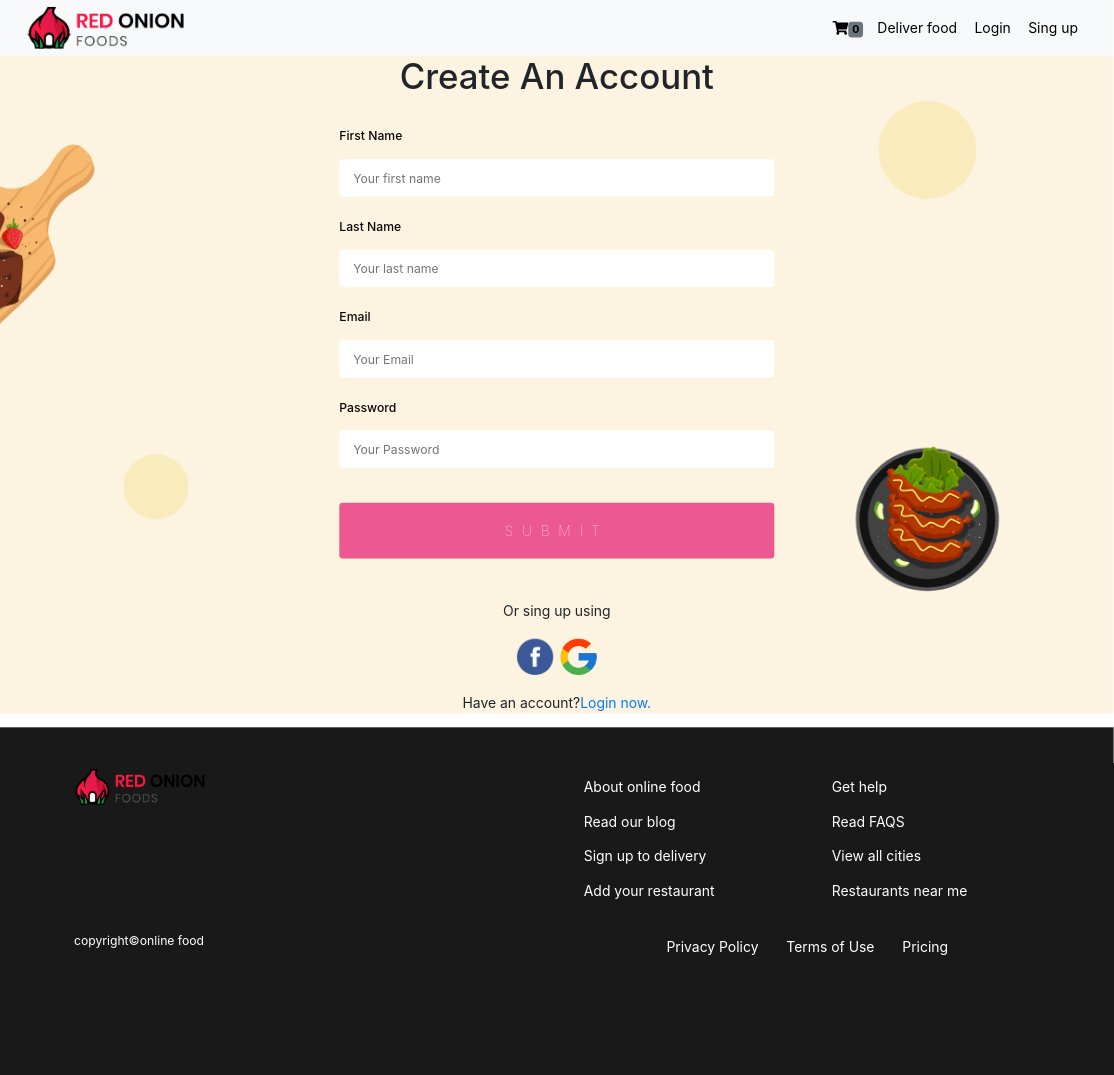
Repository: arif286/red-onion-client
Page: /signUp
An editor plug-in stored every save of this project. The page is shown before and after the next save, followed by the edit.
The browser window is 1280 px wide. The pictures show the whole page, at 87% of full size.
The project was rebuilt for these pictures with package versions that can differ from the ones it lists, and the page was loaded fresh each time. Also part of the build but not shown: src/App.css, src/components/Cart/Cart.css, src/components/Cart/Cart.js, src/components/SearchBar/SearchBar.css, src/components/SearchBar/SearchBar.js, src/components/FoodDetails/FoodDetail.css, src/components/FoodDetails/FoodDetail.js, src/components/DeliveryFood/DeliveryFood.js and 5 more.

Above is the page before, as saved 2021-03-30 16:17:59.

After the next save:
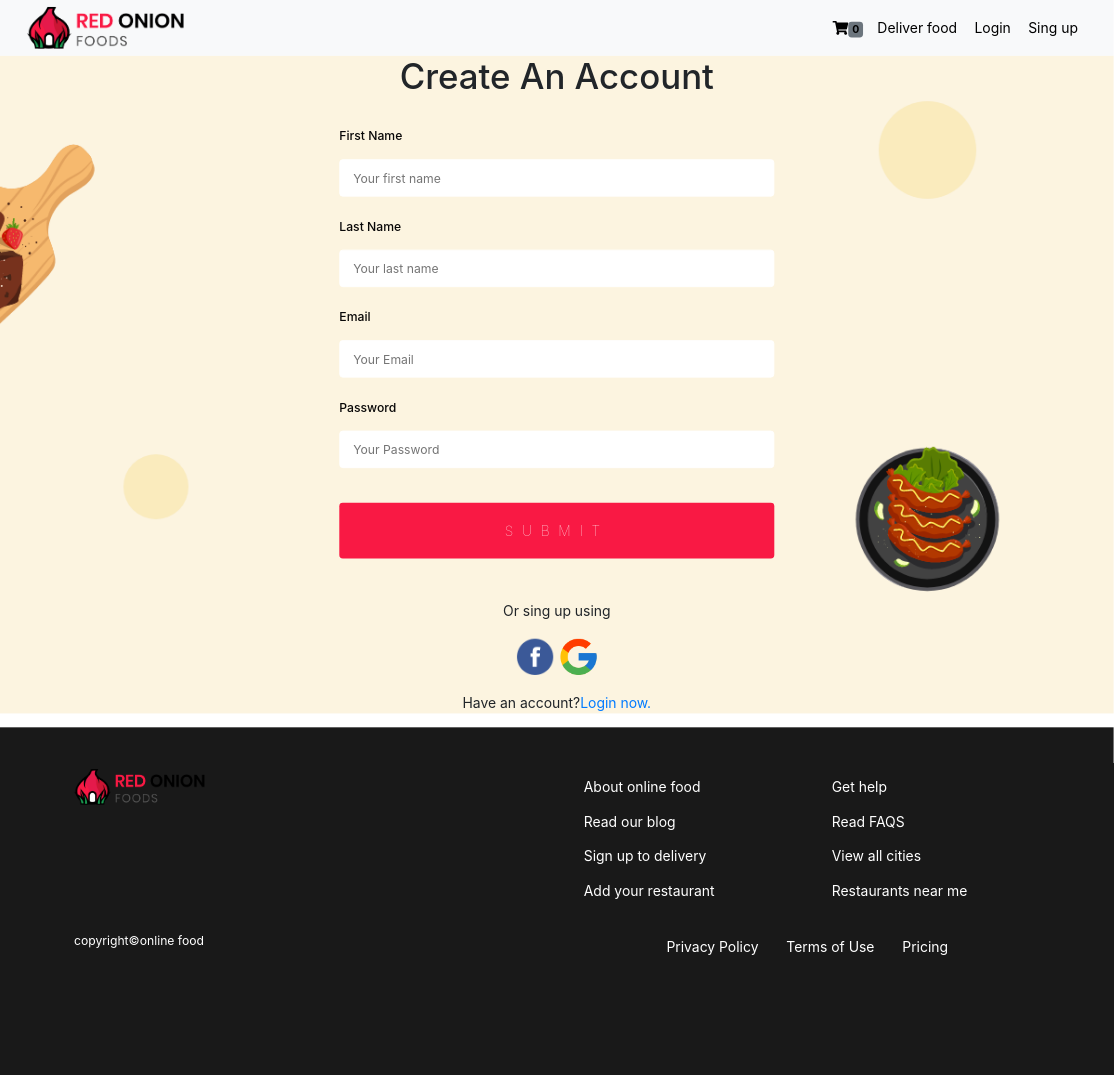
Saved 67 s later.
--- a/src/components/SingUp/SingUp.css
+++ b/src/components/SingUp/SingUp.css
@@ -48,7 +48,7 @@
 
 button[type="submit"],
 .form-submit input[type="submit"] {
-  background: #ec5990;
+  background: #f91944;
   color: white;
   text-transform: uppercase;
   border: none;
